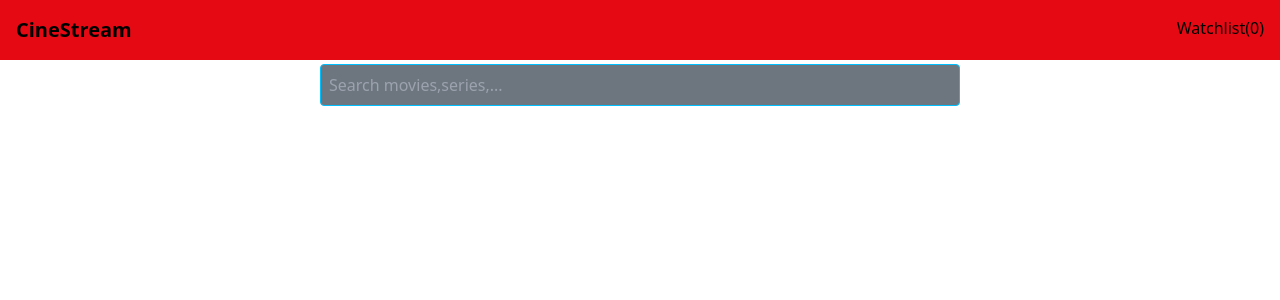
Repository: Reshmashameem31/Cine-Stream
Page: / (app in movie-project/)
An editor plug-in stored every save of this project. The page is shown before and after a run of saves, followed by the edit.
The browser window is 1280 px wide. The pictures show the whole page.
The project was rebuilt for these pictures with package versions that can differ from the ones it lists, and the page was loaded fresh each time. Also part of the build but not shown: movie-project/vite.config.js, movie-project/src/pages/WatchList.jsx.

Above is the page before, as saved 2025-08-15 17:40:34.

After the next 2 saves:
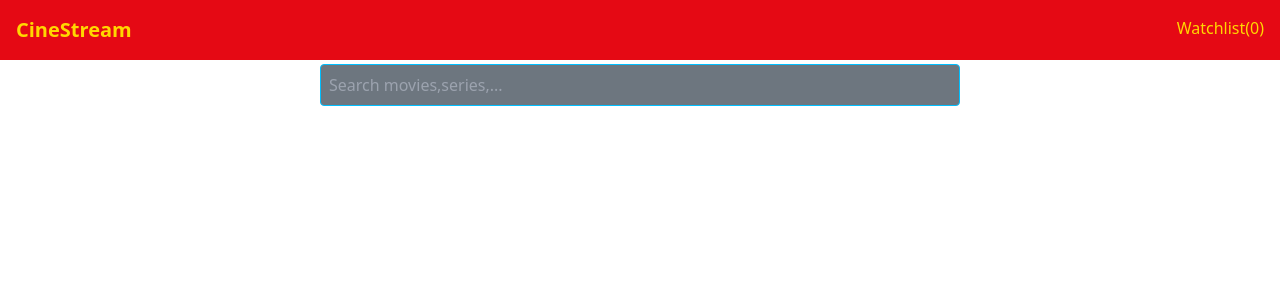
The 2 saves are shown as one change because they came seconds apart.
The last was saved 7 s later.
--- a/movie-project/src/pages/Navbar.jsx
+++ b/movie-project/src/pages/Navbar.jsx
@@ -3,7 +3,7 @@
 
 const Navbar = () => {
   return (
-    <nav className='p-4 bg-[#E50914] text-[#]  flex justify-between fixed w-full top-0'>
+    <nav className='p-4 bg-[#E50914] text-[#FFD700]  flex justify-between fixed w-full top-0'>
       <Link to="/" className='font-bold text-xl hover:text-[#00E5FF] '>CineStream</Link>
       <Link to="/watchlist" className='text-l hover:text-[#00E5FF]'>Watchlist(0)</Link>
     </nav>
